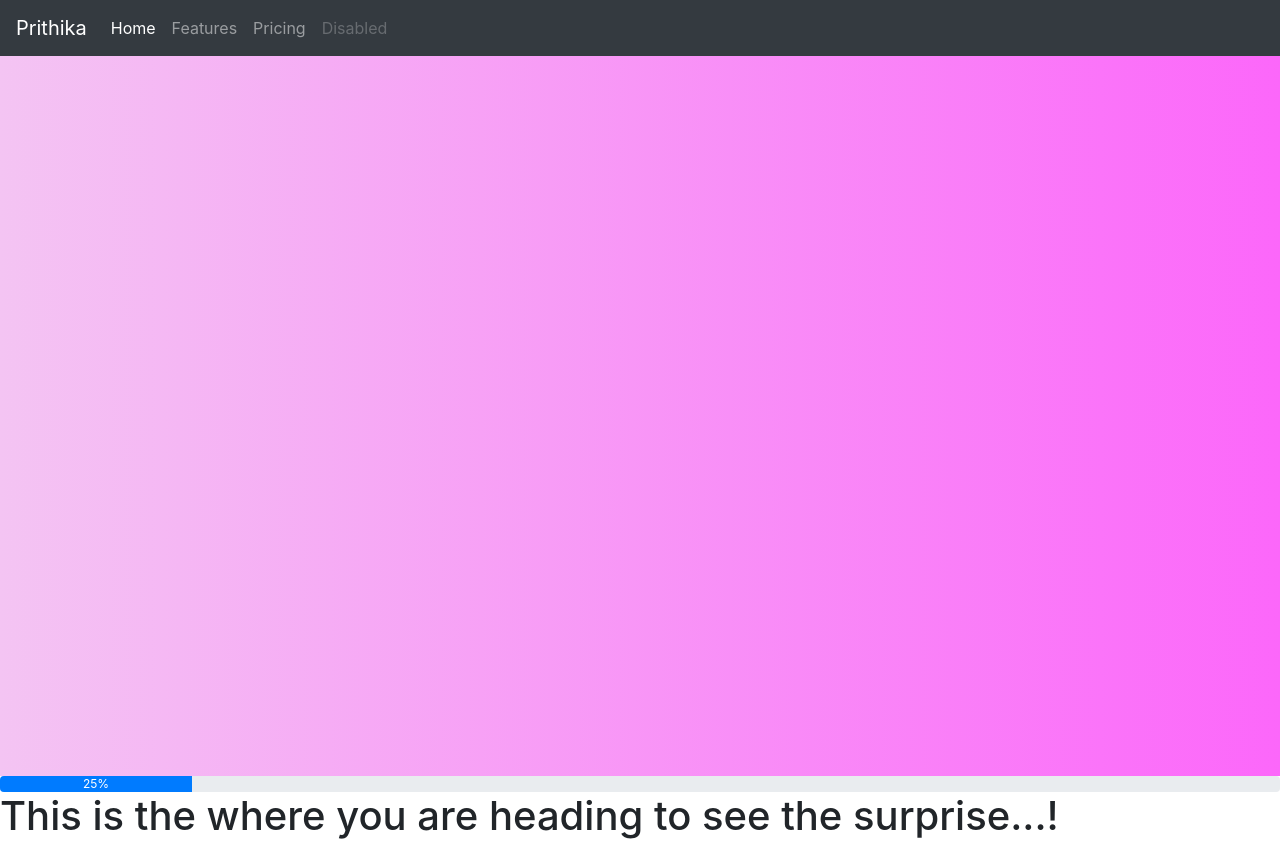
Repository: Imprasna/pritk
Page: index.html
The author's editor kept a copy of each file at every save. The page is drawn from the files as they stood at one save, then again after a run of saves.
The browser window is 1280 px wide. The pictures show the whole page.

Above is the page before, as saved 2021-12-15 14:19:03.

### index.html
<!DOCTYPE html>
<html lang="en">

<head>
    <meta charset="UTF-8">
    <meta http-equiv="X-UA-Compatible" content="IE=edge">
    <meta name="viewport" content="width=device-width, initial-scale=1.0">
    <link rel="stylesheet" href="style.css">
    <link rel="stylesheet" href="https://cdn.jsdelivr.net/npm/bootstrap@4.6.1/dist/css/bootstrap.min.css" integrity="sha384-zCbKRCUGaJDkqS1kPbPd7TveP5iyJE0EjAuZQTgFLD2ylzuqKfdKlfG/eSrtxUkn" crossorigin="anonymous">
    <title>Prithika</title>
</head>

<body>

    <header>
        <nav class="navbar navbar-expand-lg navbar-dark bg-dark">
            <a class="navbar-brand" href="#">Prithika</a>
            <button class="navbar-toggler" type="button" data-toggle="collapse" data-target="#navbarNav" aria-controls="navbarNav" aria-expanded="false" aria-label="Toggle navigation">
              <span class="navbar-toggler-icon"></span>
            </button>
            <div class="collapse navbar-collapse" id="navbarNav">
              <ul class="navbar-nav">
                <li class="nav-item active">
                  <a class="nav-link" href="#">Home <span class="sr-only">(current)</span></a>
                </li>
                <li class="nav-item">
                  <a class="nav-link" href="#">Features</a>
                </li>
                <li class="nav-item">
                  <a class="nav-link" href="#">Pricing</a>
                </li>
                <li class="nav-item">
                  <a class="nav-link disabled">Disabled</a>
                </li>
              </ul>
            </div>
          </nav>
    </header>



    <main>

        <section>
            <div class="hero">

            </div>
        </section>

        <section>
            <div class="two">
            <div class="progress">
                <div class="progress-bar" role="progressbar" style="width: 15%;" aria-valuenow="25" aria-valuemin="0" aria-valuemax="100">25%</div>
              </div>
            <h1>This is the where you are heading to see the surprise...!</h1>
        </div>
        </section>


    </main>

    <footer>

    </footer>










    <script src="https://cdn.jsdelivr.net/npm/jquery@3.5.1/dist/jquery.slim.min.js" integrity="sha384-DfXdz2htPH0lsSSs5nCTpuj/zy4C+OGpamoFVy38MVBnE+IbbVYUew+OrCXaRkfj" crossorigin="anonymous"></script>
    <script src="https://cdn.jsdelivr.net/npm/popper.js@1.16.1/dist/umd/popper.min.js" integrity="sha384-9/reFTGAW83EW2RDu2S0VKaIzap3H66lZH81PoYlFhbGU+6BZp6G7niu735Sk7lN" crossorigin="anonymous"></script>
    <script src="https://cdn.jsdelivr.net/npm/bootstrap@4.6.1/dist/js/bootstrap.min.js" integrity="sha384-VHvPCCyXqtD5DqJeNxl2dtTyhF78xXNXdkwX1CZeRusQfRKp+tA7hAShOK/B/fQ2" crossorigin="anonymous"></script>
    <script src="app.js"></script>
</body>

</html>

### style.css
@import url('https://fonts.googleapis.com/css2?family=Mulish:wght@200;300;400;500;600;700&display=swap');

* {
    margin: 0;
    padding: 0;
    box-sizing: border-box;
}

html, body {
    font-family: 'Mulish', sans-serif;
    scroll-behavior: smooth;
}

.hero {
    height: 100vh;
    width: 100%;
    background: linear-gradient(to right, #f4c4f3, #fc67fa);
}

.two {
    width: 60;
}

### app.js
$(document).ready(function() {

    // Transition effect for navbar and back-to-top icon
    $(window).scroll(function() {
      // checks if window is scrolled more than 500px, adds/removes solid class
      if($(this).scrollTop() > 550) {
          $('.navbar').addClass('solid');
          $('.back-to-top').addClass('visible');
      } else {
          $('.navbar').removeClass('solid');
          $('.back-to-top').removeClass('visible');
      }

    });


    // Scrolling effect for Arrow icons
    $("#scrollIcon").click(function(e) {
        e.preventDefault();
        $.scrollTo($("#about"), 1000);
    });
    $("#nav-about").click(function(e) {
        e.preventDefault();
        $.scrollTo($("#about"), 1000);
    });
    $("#nav-portfolio").click(function(e) {
        e.preventDefault();
        $.scrollTo($("#portfolio"), 1000);
    });
    $("#nav-contact").click(function(e) {
        e.preventDefault();
        $.scrollTo($("#contact"), 1000);
    });
    $(".navbar-brand").click(function(e) {
        e.preventDefault();
        $.scrollTo(0, 1000);
    });

  });

After the next 3 saves:
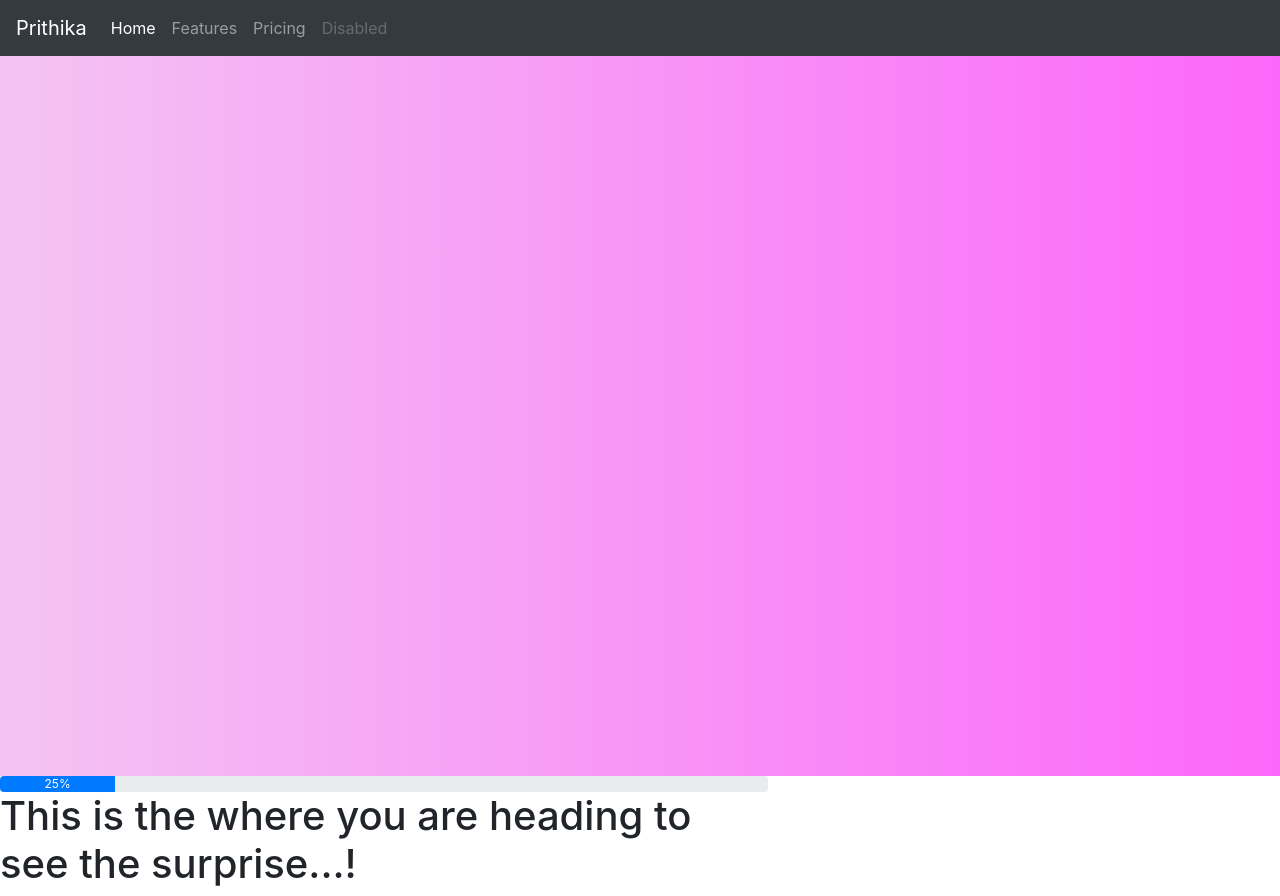
The 3 saves are shown as one change because they came seconds apart.
The last was saved 7 s later.
--- a/style.css
+++ b/style.css
@@ -18,5 +18,6 @@ html, body {
 }
 
 .two {
-    width: 60;
+    width: 60%;
+    mr
 }
